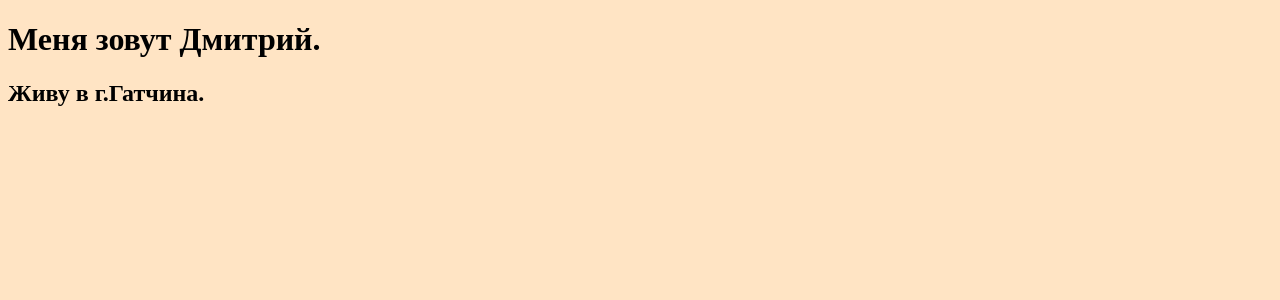
Repository: KoltsovDmitriy/Portfolio
Page: index.html
An editor plug-in stored every save of this project. The page is shown before and after the next save, followed by the edit.
The browser window is 1280 px wide. The pictures show the whole page.

Above is the page before, as saved 2023-03-10 10:19:23.

### index.html
<!DOCTYPE html>
<html lang="en">
<head>
    <meta charset="UTF-8">
    <meta http-equiv="X-UA-Compatible" content="IE=edge">
    <meta name="viewport" content="width=device-width, initial-scale=1.0">
    <title>Frontend</title>
    <link rel="stylesheet" href="./style.css">
</head>
<body>
    <h1 class="intro_title">Меня зовут Дмитрий.</h1>
    <h2 class="text">Живу в г.Гатчина.</h2>
</body>
</html>

### style.css
body{
    font-style: normal;
    font-size: 16px;
    font-weight: normal;
    background-color: bisque;
}

.intro_title{

}

After the next save:
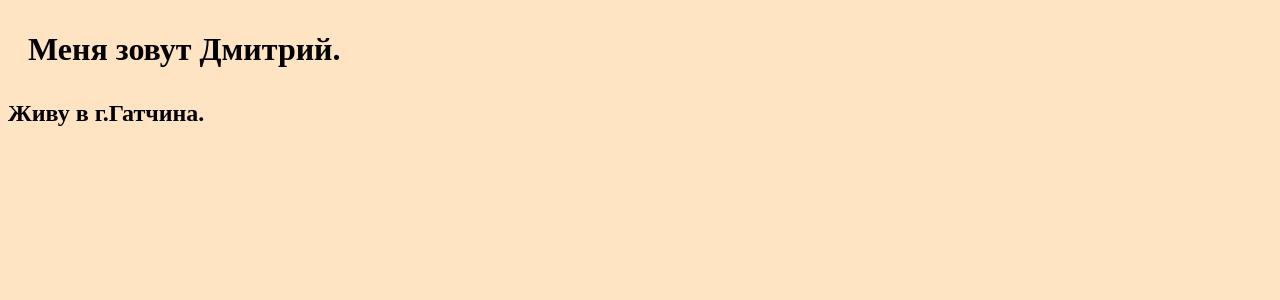
Saved 21 s later.
--- a/style.css
+++ b/style.css
@@ -6,5 +6,5 @@
 }
 
 .intro_title{
-
+    padding: 10px 10px 10px 20px;
 }
